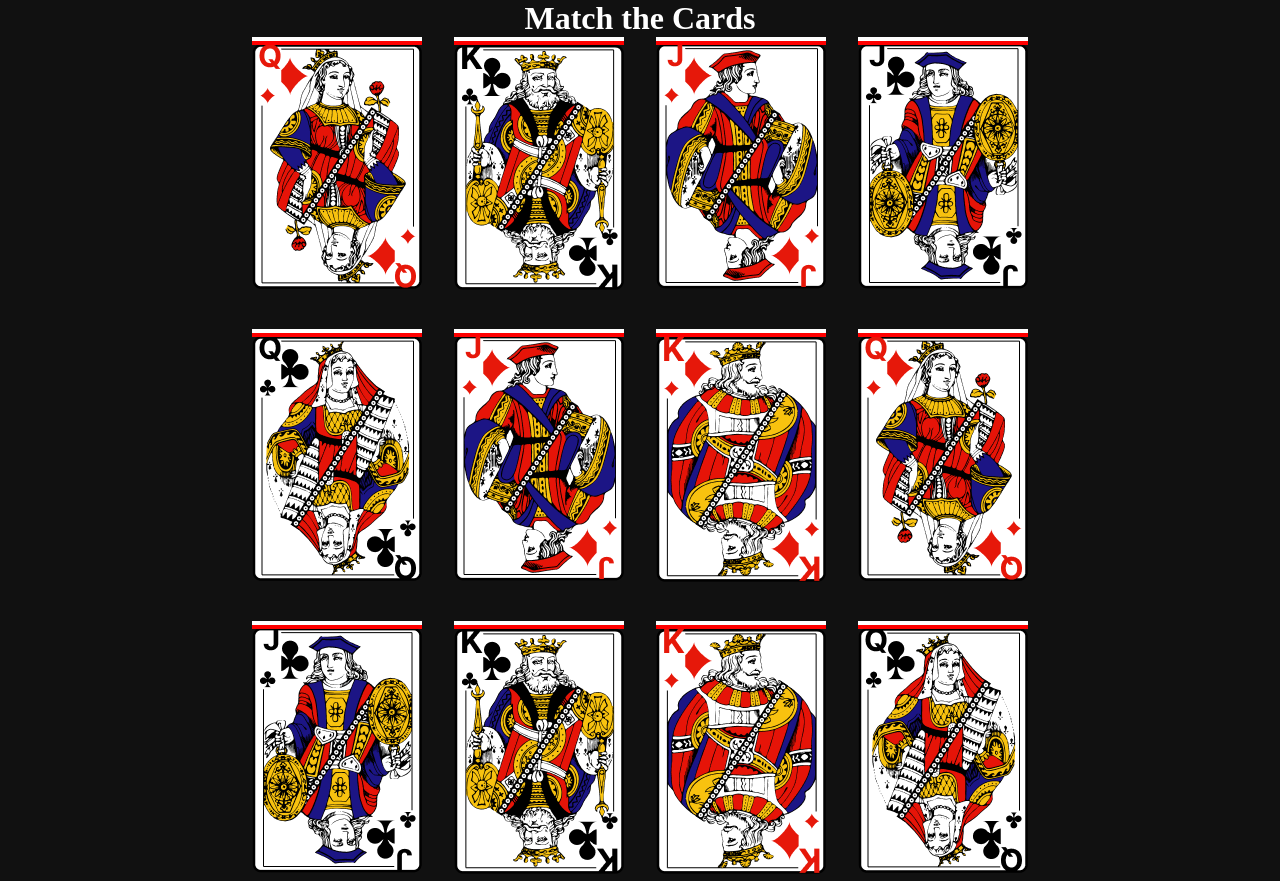
Repository: ThisIsSahaj/Js-Games
Page: MemoryCards/index.html
These files come from the project's save history. The page is drawn as it stood at one moment and after the next save; the edit follows.
The browser window is 1280 px wide. The pictures show the whole page.

Above is the page before, as saved 2024-05-16 15:33:21.

After the next save:
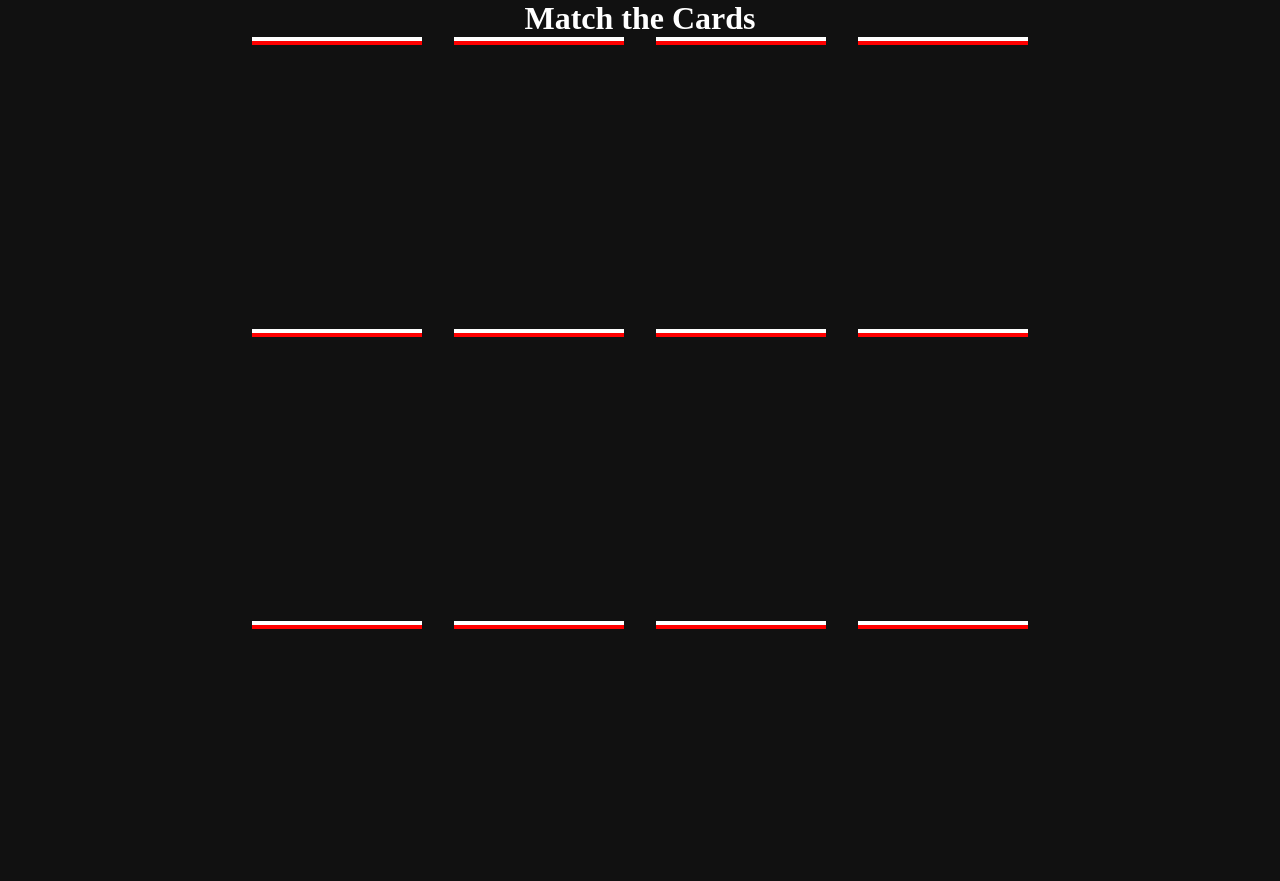
Saved 24 s later.
--- a/MemoryCards/script.js
+++ b/MemoryCards/script.js
@@ -37,7 +37,7 @@
   card.classList.add('card');
   card.dataset.name = element.name;
 
-  card.style.backgroundImage = `url(${element.image})`;
+  // card.style.backgroundImage = `url(${element.image})`;
 
   // cardHtml = `
   // <img src="${element.image}" alt="">
